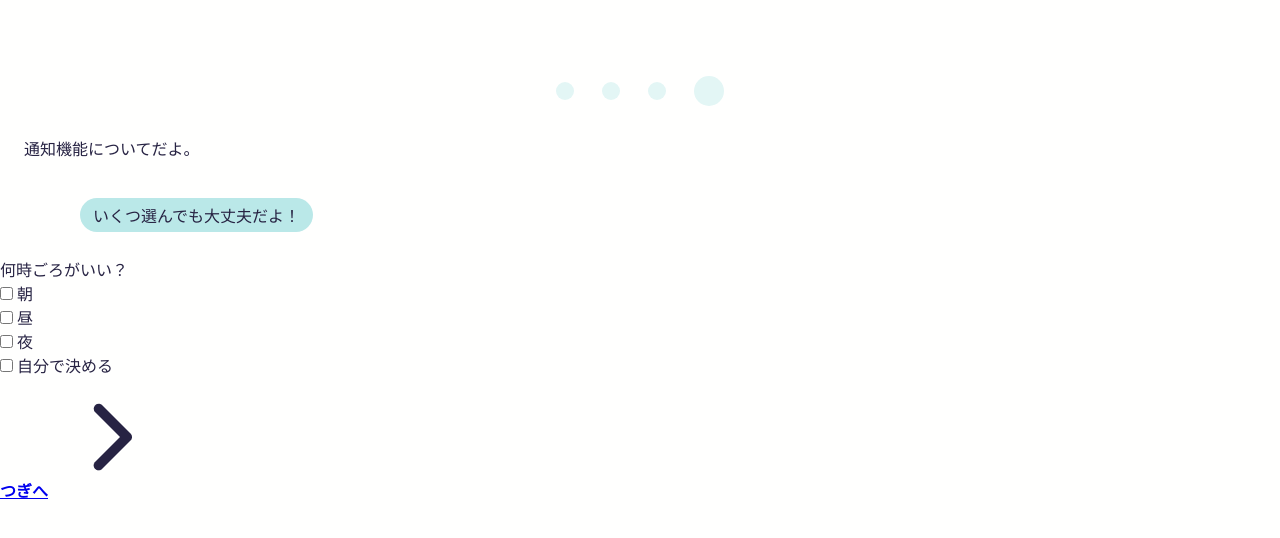
Repository: misaki0919/Self-care
Page: notice.html
These files come from the project's save history. The page is drawn as it stood at one moment and after the next save; the edit follows.
The browser window is 1280 px wide. The pictures show the whole page.
Some web fonts or font styles are not loaded; a fallback is used.

Above is the page before, as saved 2026-07-19 21:54:05.

After the next save:
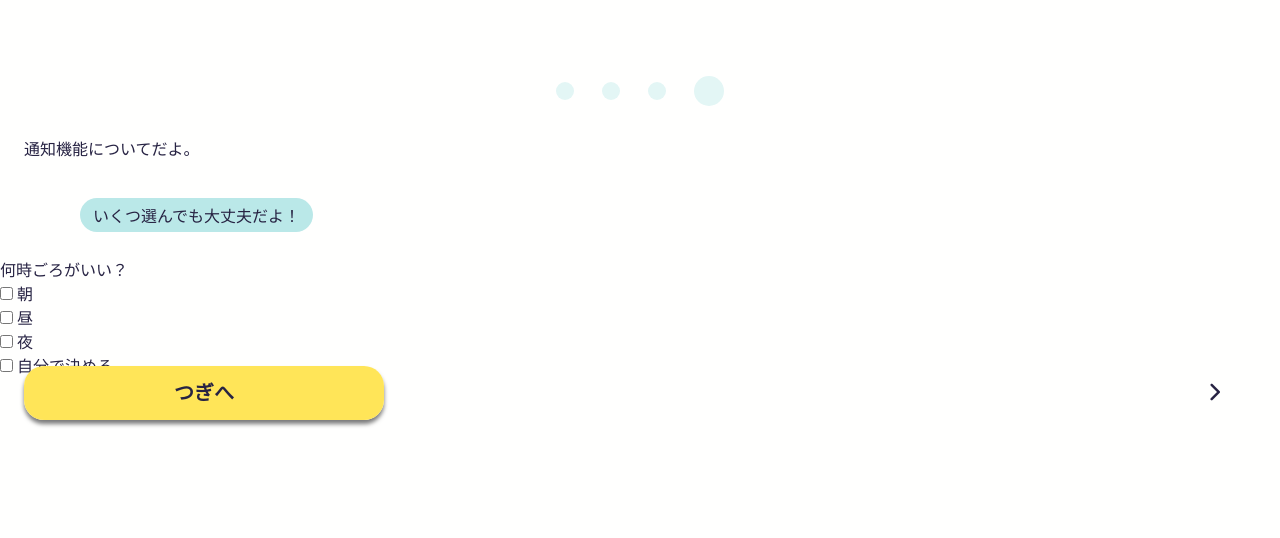
Saved 37 s later.
--- a/css/notice.css
+++ b/css/notice.css
@@ -51,3 +51,29 @@ body{
     margin-bottom: 25px;
     margin-top: 38px;
 }
+
+
+
+images-wrap{
+    position: relative;
+}
+
+.next{
+    margin-left: 24px;
+    font-size: 20px;
+    background-color: #FFE558;
+    border-radius: 20px;
+    padding: 16px 150px;
+    text-align: center;
+    text-decoration: none;
+    color: #272343;
+    box-shadow: #7b7b7b 0px 4px 4px 0px;
+}
+
+.images{
+    width: 30px;
+    position: absolute;
+    right: 20px;
+    /* background-color: tomato; */
+    margin-right: 30px;
+}
